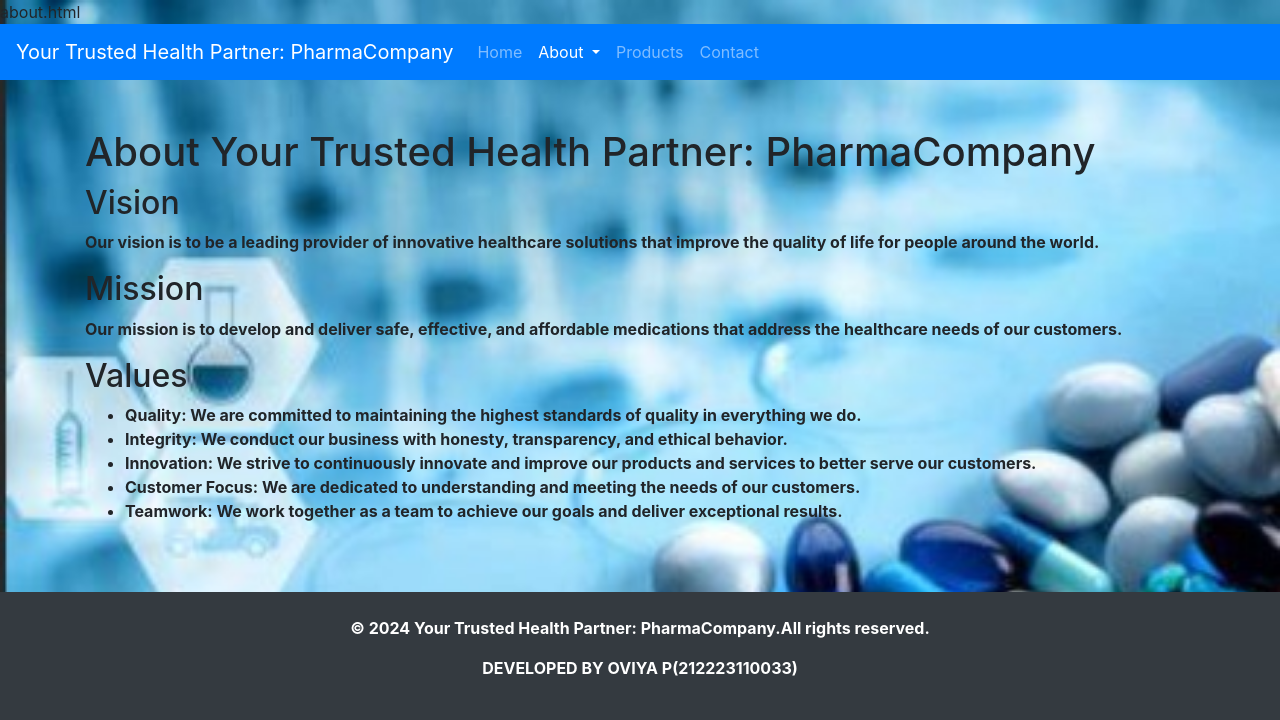
Repository: Oviya24032K6/Pharma
Page: oviya/pharmapp/static/about.html
An editor plug-in stored every save of this project. The page is shown before and after the next save, followed by the edit.
The browser window is 1280 px wide. The pictures show the whole page.

Above is the page before, as saved 2024-05-07 08:21:18.

After the next save:
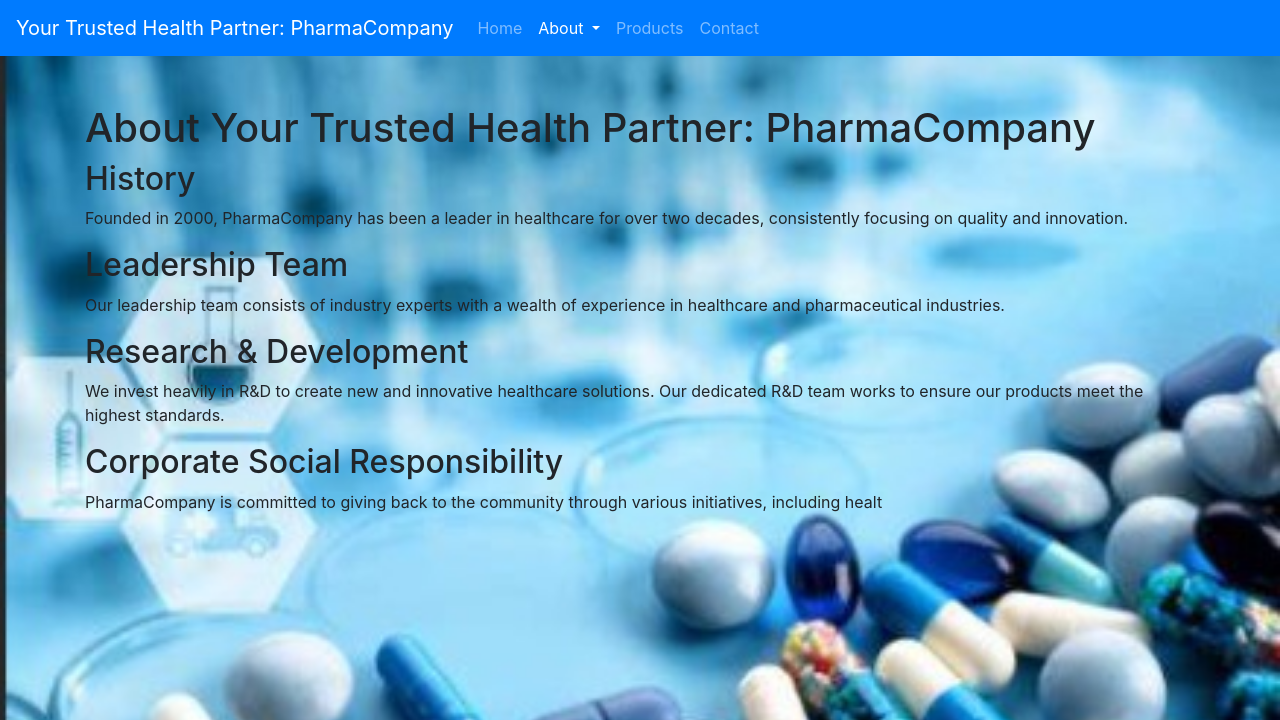
Saved 7 min 4 s later.
--- a/oviya/pharmapp/static/about.html
+++ b/oviya/pharmapp/static/about.html
@@ -1,11 +1,9 @@
-about.html
-
 <!DOCTYPE html>
 <html lang="en">
 <head>
   <meta charset="UTF-8">
   <meta name="viewport" content="width=device-width, initial-scale=1.0">
-  <title> Your Trusted Health Partner: PharmaCompany</title>
+  <title>Your Trusted Health Partner: PharmaCompany</title>
   <!-- Bootstrap CSS -->
   <link href="https://stackpath.bootstrapcdn.com/bootstrap/4.5.2/css/bootstrap.min.css" rel="stylesheet">
   <!-- Custom CSS -->
@@ -15,8 +13,8 @@ about.html
       background-size: cover;
       background-repeat: no-repeat;
     }
-    footer{
-    position: fixed;
+    footer {
+      position: fixed;
       left: 0;
       bottom: 0;
       width: 100%;
@@ -31,7 +29,7 @@ about.html
 
   <!-- Navbar -->
   <nav class="navbar navbar-expand-lg navbar-dark bg-primary">
-    <a class="navbar-brand" href="#"> Your Trusted Health Partner: PharmaCompany</a>
+    <a class="navbar-brand" href="#">Your Trusted Health Partner: PharmaCompany</a>
     <button class="navbar-toggler" type="button" data-toggle="collapse" data-target="#navbarSupportedContent" aria-controls="navbarSupportedContent" aria-expanded="false" aria-label="Toggle navigation">
       <span class="navbar-toggler-icon"></span>
     </button>
@@ -46,10 +44,11 @@ about.html
             About
           </a>
           <div class="dropdown-menu" aria-labelledby="navbarDropdownAbout">
-            <a class="dropdown-item" href="#vision">Vision</a>
-            <a class="dropdown-item" href="#mission">Mission</a>
-            <a class="dropdown-item" href="#values">Values</a>
-            <!-- Add more subheadings as needed -->
+            <a class="dropdown-item" href="#history">History</a>
+            <a class="dropdown-item" href="#leadership">Leadership Team</a>
+            <a class="dropdown-item" href="#randd">Research & Development</a>
+            <a class="dropdown-item" href="#csr">Corporate Social Responsibility</a>
+            <a class="dropdown-item" href="#quality">Quality Assurance</a>
           </div>
         </li>
         <li class="nav-item">
@@ -63,43 +62,26 @@ about.html
   </nav>
 
   <!-- Page Content -->
-  <b>
   <div class="container mt-5">
     <div class="row">
       <div class="col-md-12">
-        <h1>About  Your Trusted Health Partner: PharmaCompany</h1>
-        <div id="vision">
-          <h2>Vision</h2>
-          <p>Our vision is to be a leading provider of innovative healthcare solutions that improve the quality of life for people around the world.</p>
+        <h1>About Your Trusted Health Partner: PharmaCompany</h1>
+
+        <div id="history">
+          <h2>History</h2>
+          <p>Founded in 2000, PharmaCompany has been a leader in healthcare for over two decades, consistently focusing on quality and innovation.</p>
         </div>
-        <div id="mission">
-          <h2>Mission</h2>
-          <p>Our mission is to develop and deliver safe, effective, and affordable medications that address the healthcare needs of our customers.</p>
+
+        <div id="leadership">
+          <h2>Leadership Team</h2>
+          <p>Our leadership team consists of industry experts with a wealth of experience in healthcare and pharmaceutical industries.</p>
         </div>
-        <div id="values">
-          <h2>Values</h2>
-          <ul>
-            <li>Quality: We are committed to maintaining the highest standards of quality in everything we do.</li>
-            <li>Integrity: We conduct our business with honesty, transparency, and ethical behavior.</li>
-            <li>Innovation: We strive to continuously innovate and improve our products and services to better serve our customers.</li>
-            <li>Customer Focus: We are dedicated to understanding and meeting the needs of our customers.</li>
-            <li>Teamwork: We work together as a team to achieve our goals and deliver exceptional results.</li>
-          </ul>
+
+        <div id="randd">
+          <h2>Research & Development</h2>
+          <p>We invest heavily in R&D to create new and innovative healthcare solutions. Our dedicated R&D team works to ensure our products meet the highest standards.</p>
         </div>
-        <!-- Add more subheadings as needed -->
-      </div>
-    </div>
-  </div>
 
-  <!-- Footer -->
-  <footer class="bg-dark text-white text-center py-4 mt-5">
-    <p>&copy; 2024  Your Trusted Health Partner: PharmaCompany.All rights reserved.</p>
-    <p>DEVELOPED BY OVIYA P(212223110033)</p>
-  </footer>
-</b>
-  <!-- Bootstrap JS -->
-  <script src="https://code.jquery.com/jquery-3.5.1.slim.min.js"></script>
-  <script src="https://cdn.jsdelivr.net/npm/popper.js@1.16.1/dist/umd/popper.min.js"></script>
-  <script src="https://stackpath.bootstrapcdn.com/bootstrap/4.5.2/js/bootstrap.min.js"></script>
-</body>
-</html>
+        <div id="csr">
+          <h2>Corporate Social Responsibility</h2>
+          <p>PharmaCompany is committed to giving back to the community through various initiatives, including healt
